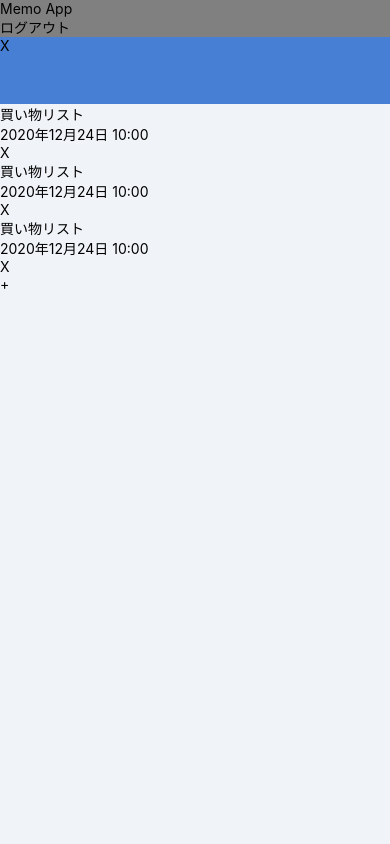
Repository: hirano-step/MemoApp
Screen: /
These files come from the project's save history. The screen is drawn as it stood at one moment and after the next save; the edit follows.
The app was drawn by React Native's web renderer in a window 390 px wide. The project was rebuilt for these pictures with package versions that can differ from the ones it lists, and the page was loaded fresh each time.

Above is the screen before, as saved 2023-01-12 11:06:05.

After the next save:
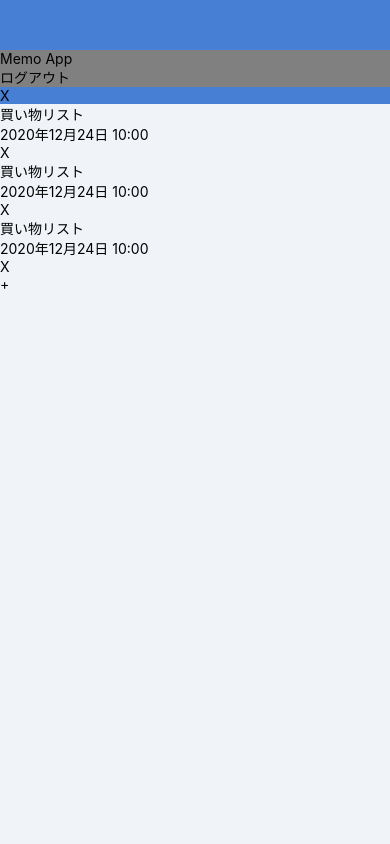
Saved 14 s later.
--- a/App.jsx
+++ b/App.jsx
@@ -62,6 +62,7 @@ const styles = StyleSheet.create({
     width: '100%',
     height: 104,
     backgroundColor: '#467FD3',
+    justifyContent: 'flex-end',
   },
   appbarInner: {
     backgroundColor: 'gray',
